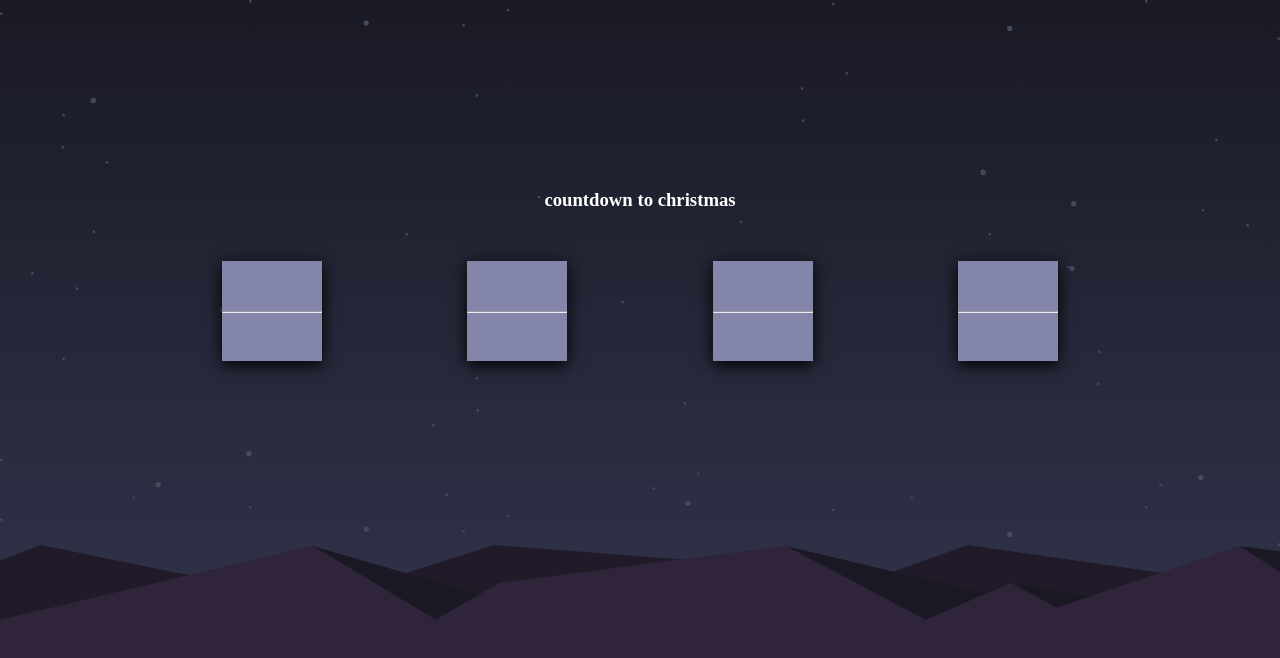
Repository: Eugene44-hub/countdown
Page: index.html
The author's editor kept a copy of each file at every save. The page is drawn from the files as they stood at one save, then again after the next save.
The browser window is 1280 px wide. The pictures show the whole page.

Above is the page before, as saved 2021-09-12 03:10:13.

### index.html
<!DOCTYPE html>
<html lang="en">

<head>
    <meta charset="UTF-8">
    <meta http-equiv="X-UA-Compatible" content="IE=edge">
    <meta name="viewport" content="width=device-width, initial-scale=1.0">
    <title>Document</title>
    <link rel="stylesheet" href="style.css">
</head>

<body>
    <div class="container">


        <div class="timer ">
            <h3 class="col10">countdown to christmas</h3>
            <div class="card">
                <hr> </div>
            <div class="card">
                <hr>
            </div>
            <div class="card">
                <hr>
            </div>
            <div class="card">
                <hr>
            </div>

        </div>

    </div>
    <script src="app.js"></script>

</body>

</html>

</html>

### style.css
* {
    padding: 0;
    margin: 0;
    box-sizing: border-box;
}

body {
    /* background-color: hsl(235, 16%, 14%); */
    /* background-color: hsl(234, 17%, 12%); */
    background-image: url('images/pattern-hills.svg'), url('images/bg-stars.svg'), linear-gradient( hsl(235, 18%, 12%), hsl(236, 21%, 26%));
    background-position: bottom, top;
    background-repeat: no-repeat, repeat;
    background-size: contain;
    background-attachment: fixed;
}

.container {
    display: flex;
    width: 100%;
    height: 500px;
    flex-wrap: wrap;
    text-align: center;
}

.col10 {
    flex: 100%;
    margin: auto;
}

h3 {
    color: white;
    padding: 50px;
}

.timer {
    margin: auto;
    display: flex;
    flex-wrap: wrap;
    justify-content: space-between;
    padding: 30px;
    width: 70%;
}

.card {
    background-color: hsl(237, 18%, 59%);
    padding: 20px;
    width: 100px;
    height: 100px;
    position: relative;
    overflow: hidden;
    box-shadow: 0px 4px 15px black;
}

hr {
    position: absolute;
    width: 100%;
    top: 50%;
    left: 0%;
}


/* timer color  hsl(345, 95%, 68%)
timer card color hsl(237, 18%, 59%)
* /

### app.js
const proposed = new Date('2021-12-25');
const current = new Date();

const proArr = [proposed.getHours(), proposed.getMinutes(), proposed.getSeconds(), proposed.getDay(), proposed.getMonth()]
console.log('proposed days:' + (((proArr.at(-1) * 31) - 7) + proposed.getDate()));
console.log('current days:' + (((current.getMonth() * 31) - 5) + current.getDate()));

console.log((((proArr.at(-1) * 31) - 7) + proposed.getDate()) - (((current.getMonth() * 31) - 5) + current.getDate()) + 'days to christmas');

console.log('hours:' + (24 - current.getHours()));
console.log('minutes:' + (60 - current.getMinutes()));
console.log('hours:' + (60 - current.getSeconds()));

// let cal = proposed. - current;
// console.log(proposed);
// console.log(current.getDate());
// console.log(proArr.at(-1) + 1);
// let another = new Date(cal);
// console.log(another)
//359-253 propsed day - current day(mth*31-7) for september minus 6

After the next save:
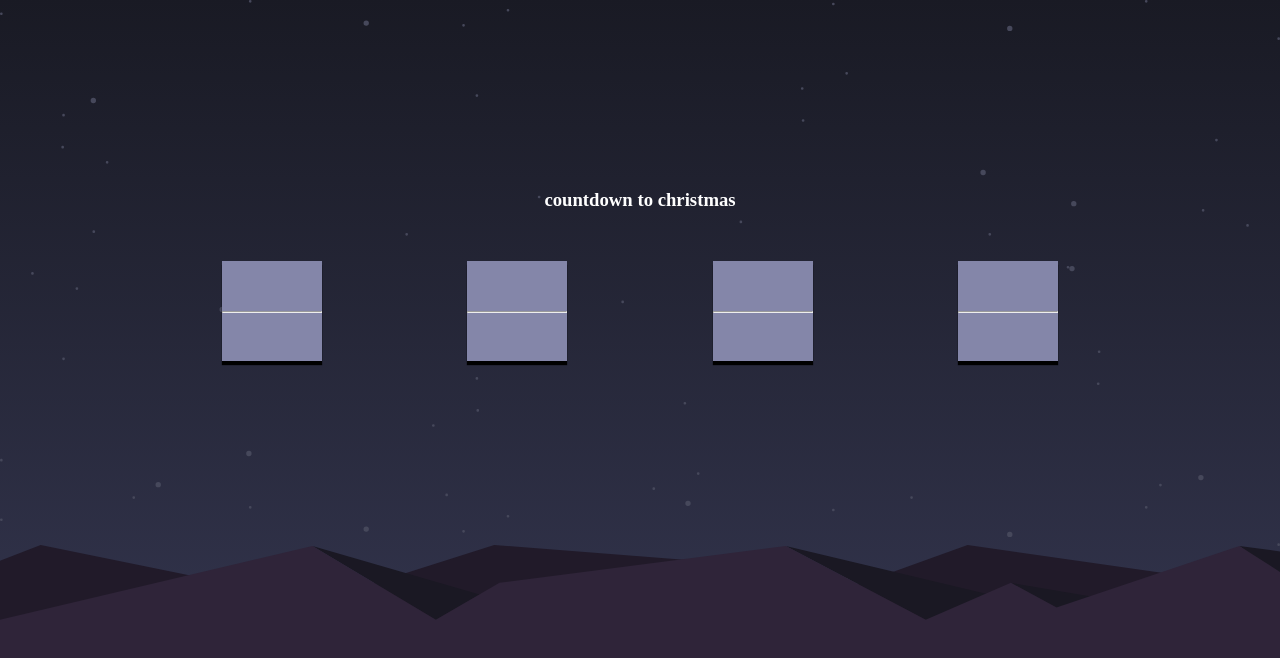
Saved 9 s later.
--- a/style.css
+++ b/style.css
@@ -48,7 +48,7 @@ h3 {
     height: 100px;
     position: relative;
     overflow: hidden;
-    box-shadow: 0px 4px 15px black;
+    box-shadow: 0px 4px 1px black;
 }
 
 hr {
